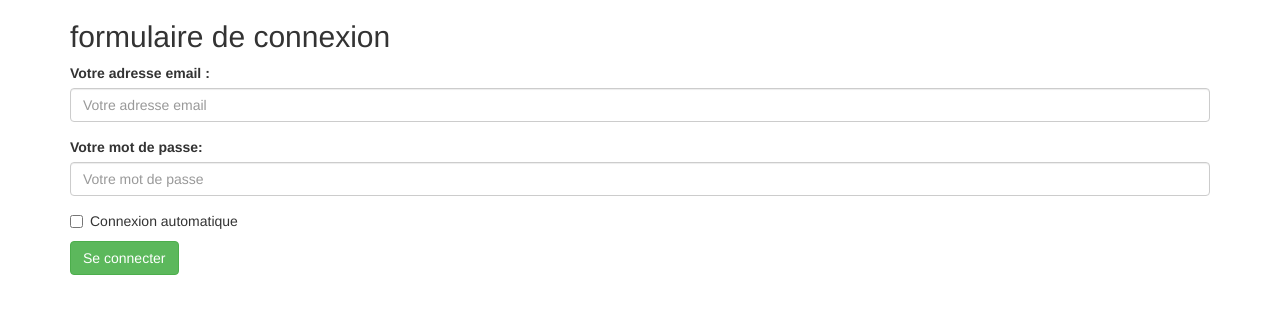
Repository: lemzoo/formation_Java8
Page: EspaceMembre/srcHTML/formulaireConnexion.html
These files come from the project's save history. The page is drawn as it stood at one moment and after the next save; the edit follows.
The browser window is 1280 px wide. The pictures show the whole page.

Above is the page before, as saved 2016-06-10 11:12:25.

After the next save:
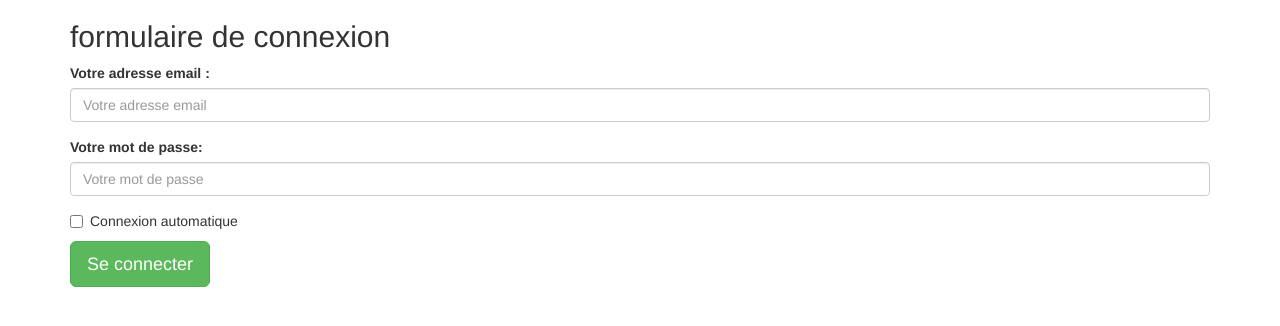
Saved 6 s later.
--- a/EspaceMembre/srcHTML/formulaireConnexion.html
+++ b/EspaceMembre/srcHTML/formulaireConnexion.html
@@ -24,7 +24,7 @@
     <div class="checkbox">
       <label><input type="checkbox"> Connexion automatique</label>
     </div>
-    <button type="submit" class="btn btn-success">Se connecter</button>
+    <button type="submit" class="btn btn-lg btn-success">Se connecter</button>
   </form>
 </div>
 
